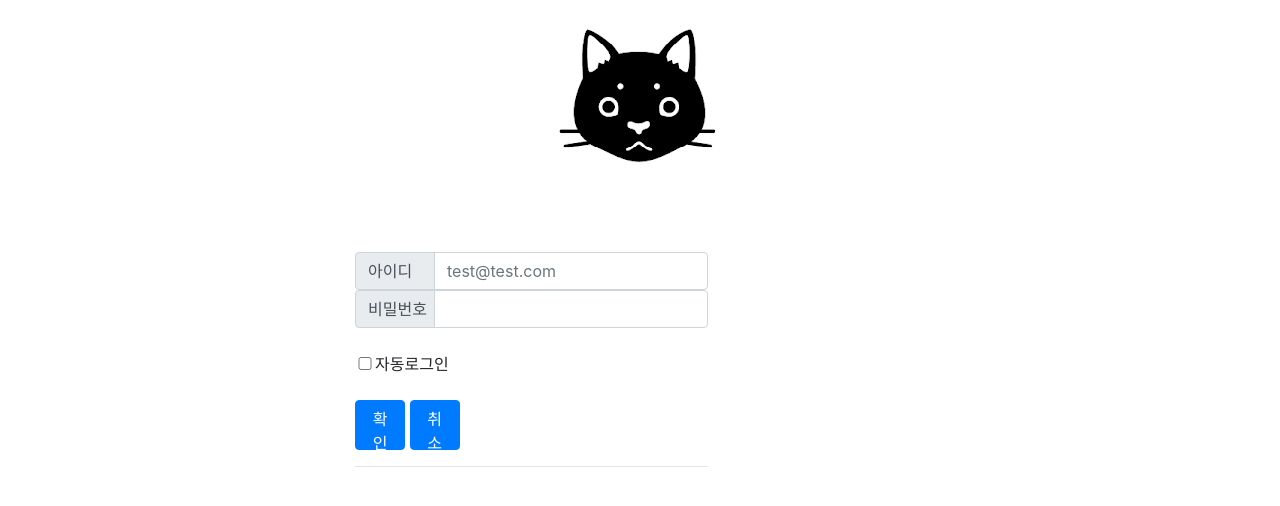
Repository: 0deepsleep/SpringMVCStudy
Page: http://localhost/TestProject/joinCheck.jsp
These files come from the project's save history. The page is drawn as it stood at one moment and after the next save; the edit follows.
The browser window is 1280 px wide. The pictures show the whole page.
The page is served by Tomcat 9.

Above is the page before, as saved 2019-06-14 09:41:55.

### TestProject/WebContent/joinCheck.jsp
<%@ page contentType="text/html; charset=UTF-8"%>
<%@ taglib prefix="c" uri="http://java.sun.com/jsp/jstl/core" %>
<%
	request.setCharacterEncoding("UTF-8");
	String cp = request.getContextPath();
%>
<!DOCTYPE html>
<html>
<head>
<meta charset="UTF-8">
<title>joinCheck.jsp</title>
<link rel="stylesheet" href="https://stackpath.bootstrapcdn.com/bootstrap/4.3.1/css/bootstrap.min.css">
<style type="text/css">
	.bolck
	{
		width: 80px;
	}

	.btn
	{
		width: 50px;
		height: 50px
	}


	#err
	{
		display: none;
		color: red;
		font-size: small;
	}

	*{text-align:left;}

</style>
<script type="text/javascript" src="https://ajax.googleapis.com/ajax/libs/jquery/3.4.1/jquery.min.js"></script>
<script type="text/javascript">

	$(document).ready(function()
	{
		$("#btn").click(function()
		{

			$("#err").css("display", "none");

			if($("#userPwd").val()=="")
			{
				$("#err").css("display", "inline");
				return;
			}

			$("#memberForm").submit();

		});


	});
</script>
</head>
<body>

<div class="text-center container">
	<img src="<%=cp %>/img/cat.png" class="rounded" alt="" >
  <div class="row" style="margin-top: 60px;">
  	<div class="col-md-6- offset-md-3">
  		<div class="input-group" id="memberForm">
	  		<div class="input-group-prepend">
		    	<span class="input-group-text bolck">아이디</span>
		    </div>
		  <input type="text" id="userId" name="userId" class="form-control"
		  required="required" placeholder="test@test.com">
		    </div>

		<div class="input-group" id="memberForm">
	  		<div class="input-group-prepend">
		    	<span class="input-group-text bolck">비밀번호</span>
		    </div>
		  	<input type="password" id="userPwd" name="userPwd" class="form-control"
		  required="required" >
		</div>
		<span id="err">패스워드를 입력하세요.</span>
		<br><input type="checkbox" style="width: 20px;">자동로그인

		<br><br>
		<button type="button" id="btn" name="btn" class="btn-primary btn">확인</button>
		<button type="button" id="btn" name="btn" class="btn-primary btn">취소</button>
		<br><hr />

	</div>
  </div>
</div>

</body>
</html>

After the next save:
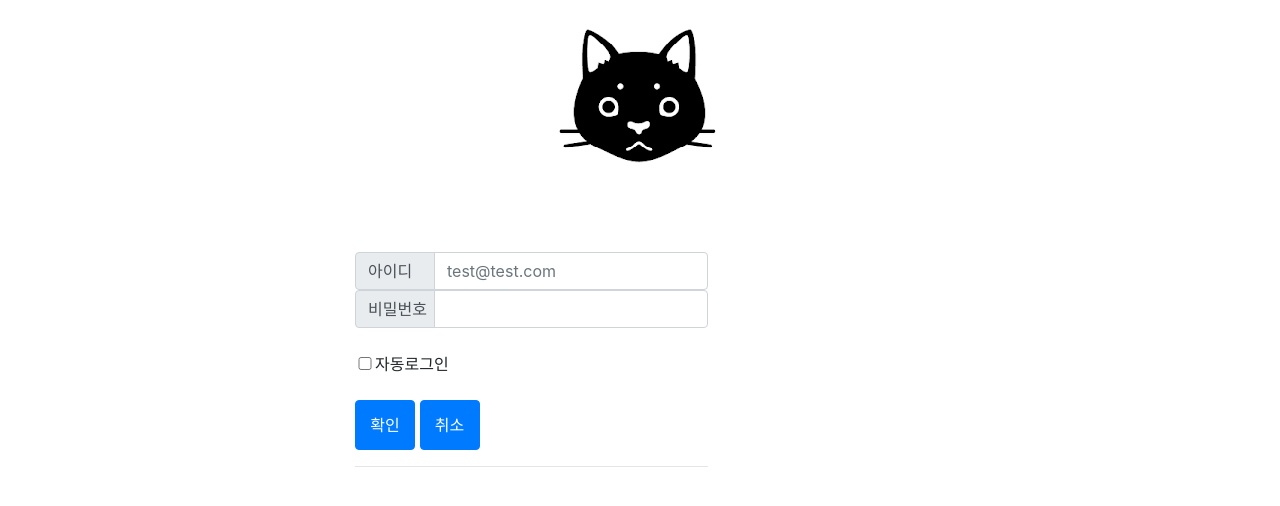
Saved 4 s later.
--- a/TestProject/WebContent/joinCheck.jsp
+++ b/TestProject/WebContent/joinCheck.jsp
@@ -18,7 +18,7 @@
 
 	.btn
 	{
-		width: 50px;
+		width: 60px;
 		height: 50px
 	}
 
